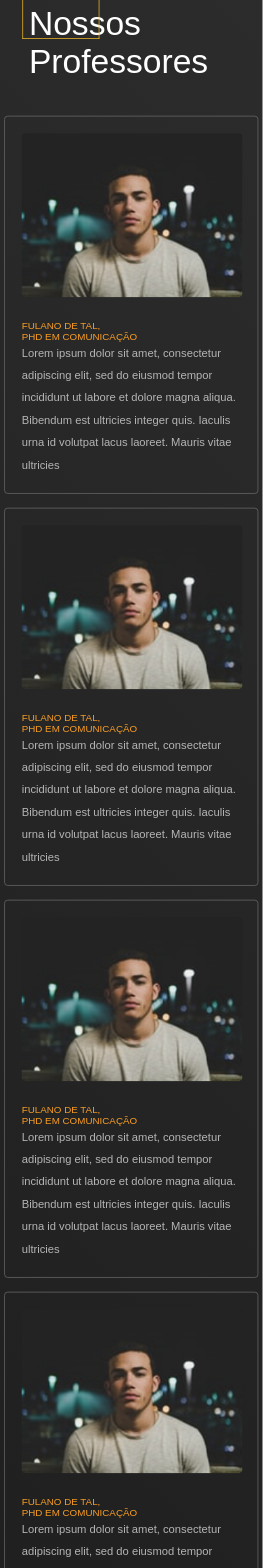
Repository: Rafael-Araujo-dev/Treinamento-Raccoon
Page: Projeto-2/index.html
The author's editor kept a copy of each file at every save. The page is drawn from the files as they stood at one save, then again after the next save.
The browser window is 375 px wide. The pictures show the part of the page from y = 4049 to 6289 px (the page is 7554 px tall), at 70% of full size.
Backgrounds fixed to the window are drawn as part of the page. Some web fonts or font styles are not loaded; a fallback is used.

Above is the page before, as saved 2021-09-23 16:54:36.

After the next save:
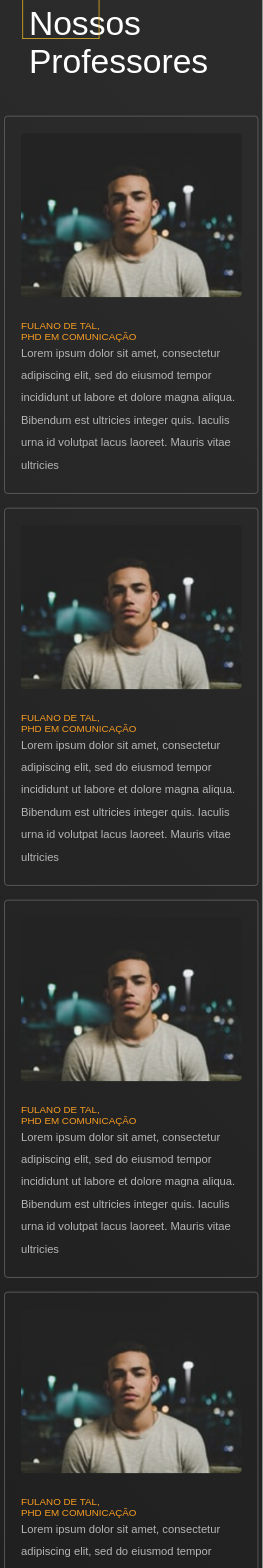
Saved 11 s later.
--- a/Projeto-2/css/style.css
+++ b/Projeto-2/css/style.css
@@ -734,10 +734,6 @@
 }
 
 @media(max-width: 450px) {
-    .our-teachers .card-image {
-        max-width: 23px !important;
-    }
-
     .our-teachers .card-container {
         margin-top: 50px;
     }
